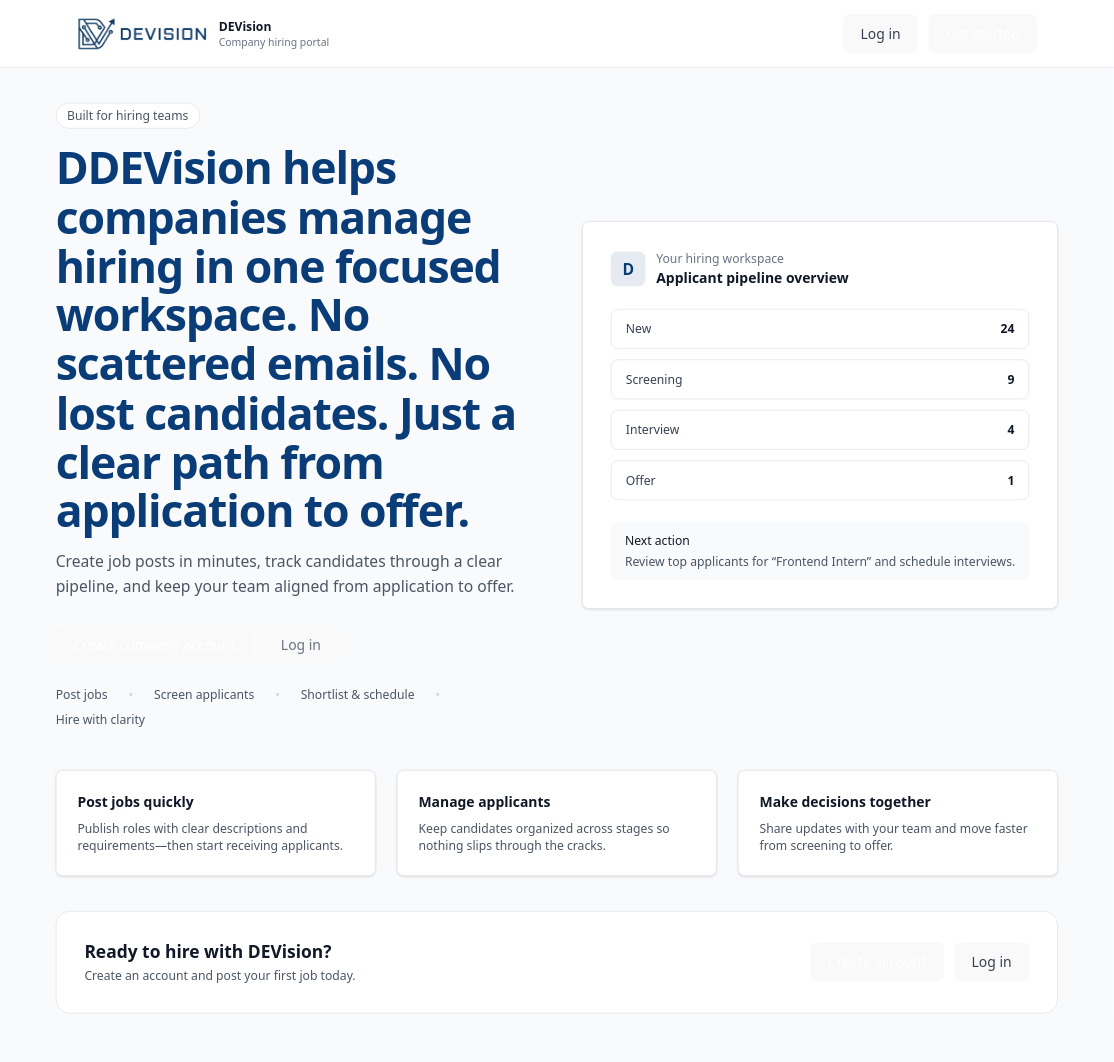
Repository: ISYS3461-2025C-Mulan-DEVision/JobManager_FE
Page: /
The author's editor kept a copy of each file at every save. The page is drawn from the files as they stood at one save, then again after the next save.
The browser window is 1280 px wide. The pictures show the whole page, at 87% of full size.
The project was rebuilt for these pictures with package versions that can differ from the ones it lists, and the page was loaded fresh each time. Also part of the build but not shown: vite.config.js, src/components/ui/Input/Input.tsx, src/components/ui/Spinner/Spinner.tsx, src/components/ui/Alert/Alert.tsx, src/components/ui/GoogleLogo/GoogleLogo.tsx, src/components/headless/Form/Form.tsx, src/components/headless/Form/index.ts, src/components/headless/Table/useTable.ts and 18 more.

Above is the page before, as saved 2025-12-12 15:35:27.

### index.html
<!doctype html>
<html lang="en">
  <head>
    <meta charset="UTF-8" />
    <link rel="icon" type="image/svg+xml" href="/logo/logo-icon.png" />
    <meta name="viewport" content="width=device-width, initial-scale=1.0" />
    <title>jobmanager-fe</title>
  </head>
  <body>
    <div id="root"></div>
    <script type="module" src="/src/main.jsx"></script>
  </body>
</html>

### src/main.tsx
import React, { StrictMode } from "react";
import { createRoot } from "react-dom/client";
import "./index.css";
import { BrowserRouter } from "react-router-dom";
import App from "./App.js";
import { Provider } from "react-redux";
import store from "./store/index.js";

const container = document.getElementById("root")!;
if (!container) {
    throw new Error("Root container not found");
} else {
    createRoot(container).render(
        <StrictMode>
            <Provider store={store}>
                <BrowserRouter>
                    <App />
                </BrowserRouter>
            </Provider>
        </StrictMode>,
    );
}

### src/index.css
@import "tailwindcss";

@theme {
  --color-heading: #0A3D78;
  --color-dark-blue: #1E293B;
  --color-background: #F8FAFC;
  --color-filled-button: #0A3D78;
}

:root {
    font-family: system-ui, Avenir, Helvetica, Arial, sans-serif;
    line-height: 1.5;
    font-weight: 400;

    color-scheme: light dark;
    color: rgba(255, 255, 255, 0.87);
    background-color: #242424;

    font-synthesis: none;
    text-rendering: optimizeLegibility;
    -webkit-font-smoothing: antialiased;
    -moz-osx-font-smoothing: grayscale;
}

a {
    font-weight: 500;
    color: #0A66C2;
    text-decoration: inherit;
}
a:hover {
    color: #0A66C2cc;
}

body {
    margin: 0;
    min-width: 320px;
    min-height: 100vh;
}

h1 {
    font-size: 3.2em;
    line-height: 1.1;
    font-weight: 700;
}

button {
    border-radius: 8px;
    border: 1px solid transparent;
    padding: 0.6em 1.2em;
    font-size: 1em;
    font-weight: 500;
    font-family: inherit;
    cursor: pointer;
    transition: border-color 0.25s;
}


/* button {
    border-radius: 8px;
    border: 1px solid transparent;
    padding: 0.6em 1.2em;
    font-size: 1em;
    font-weight: 500;
    font-family: inherit;
    background-color: #1a1a1a;
    cursor: pointer;
    transition: border-color 0.25s;
}
button:hover {
    border-color: #646cff;
}
button:focus,
button:focus-visible {
    outline: 4px auto -webkit-focus-ring-color;
} */

@media (prefers-color-scheme: light) {
    :root {
        color: #213547;
        background-color: #ffffff;
    }
    a:hover {
        color: #747bff;
    }
    button {
        background-color: #f9f9f9;
    }
}

### src/App.tsx
import { Routes, Route, Link, useLocation } from "react-router-dom";
import Home from "./pages/Home";
import LoginPage from "./pages/LoginPage";
import RegistrationPage from "./pages/RegistrationPage";
import { Button } from "./components/ui";

function App() {
    const location = useLocation();
    const isAuthPage = location.pathname === "/login" || location.pathname === "/register";

    return (
        <div className="min-h-screen bg-background">
            {!isAuthPage && (
                <header className="border-b border-gray-200 bg-white">
                    <div className="mx-auto flex max-w-6xl items-center justify-between px-6 py-4">
                        <Link to="/" className="flex items-center gap-3">
                            <img src="/logo/logo.png" alt="DEVision" className="h-9 w-auto" />
                            <div className="leading-tight">
                                <div className="text-sm font-semibold text-gray-900">DEVision</div>
                                <div className="text-xs text-gray-500">Company hiring portal</div>
                            </div>
                        </Link>

                        <nav className="flex items-center gap-3">
                            <Link to="/login" className="inline-flex">
                                <Button variant="ghost">Log in</Button>
                            </Link>
                            <Link to="/register" className="inline-flex">
                                <Button>Get started</Button>
                            </Link>
                        </nav>
                    </div>
                </header>
            )}

            <main className={!isAuthPage ? "" : ""}>
                <Routes>
                    <Route path="/" element={<Home />} />
                    <Route path="/login" element={<LoginPage />} />
                    <Route path="/register" element={<RegistrationPage />} />
                </Routes>
            </main>
        </div>
    );
}

export default App;

### src/store/index.ts
import configureStore from "./configureStore";
const store = configureStore();
export default store;

### src/pages/Home.tsx
import { Link } from "react-router-dom";
import { Button, Card } from "../components/ui";

export default function Home() {
    return (
        <div className="bg-background">
            <section className="px-6 pt-10 pb-12">
                <div className="mx-auto max-w-6xl">
                    <div className="grid gap-10 lg:grid-cols-2 lg:items-center">
                        <div>
                            <p className="inline-flex items-center rounded-full border border-gray-200 bg-white px-3 py-1 text-sm text-gray-600">
                                Built for hiring teams
                            </p>
                            <h1 className="mt-4 text-4xl font-bold tracking-tight text-heading sm:text-5xl">
                                DDEVision helps companies manage hiring in one focused workspace.
                                No scattered emails. No lost candidates. Just a clear path from application to offer.
                            </h1>
                            <p className="mt-4 text-lg text-gray-600">
                                Create job posts in minutes, track candidates through a clear pipeline, and keep your team aligned
                                from application to offer.
                            </p>

                            <div className="mt-8 flex flex-col gap-3 sm:flex-row sm:items-center">
                                <Link to="/register" className="inline-flex">
                                    <Button size="lg">Create company account</Button>
                                </Link>
                                <Link to="/login" className="inline-flex">
                                    <Button variant="secondary" size="lg">
                                        Log in
                                    </Button>
                                </Link>
                            </div>

                            <div className="mt-6 flex flex-wrap gap-x-6 gap-y-2 text-sm text-gray-600">
                                <span>Post jobs</span>
                                <span className="text-gray-300">•</span>
                                <span>Screen applicants</span>
                                <span className="text-gray-300">•</span>
                                <span>Shortlist & schedule</span>
                                <span className="text-gray-300">•</span>
                                <span>Hire with clarity</span>
                            </div>
                        </div>

                        <div className="lg:justify-self-end">
                            <Card className="p-6 sm:p-8">
                                <div className="flex items-center gap-3">
                                    <div className="flex h-10 w-10 items-center justify-center rounded-lg bg-filled-button/10 text-heading">
                                        <span className="text-lg font-semibold">D</span>
                                    </div>
                                    <div>
                                        <div className="text-sm text-gray-500">Your hiring workspace</div>
                                        <div className="text-base font-semibold text-gray-900">Applicant pipeline overview</div>
                                    </div>
                                </div>

                                <div className="mt-6 grid gap-3">
                                    {[
                                        { label: "New", value: "24" },
                                        { label: "Screening", value: "9" },
                                        { label: "Interview", value: "4" },
                                        { label: "Offer", value: "1" },
                                    ].map((item) => (
                                        <div
                                            key={item.label}
                                            className="flex items-center justify-between rounded-lg border border-gray-200 bg-white px-4 py-3"
                                        >
                                            <div className="text-sm font-medium text-gray-700">{item.label}</div>
                                            <div className="text-sm font-semibold text-gray-900">{item.value}</div>
                                        </div>
                                    ))}
                                </div>

                                <div className="mt-6 rounded-lg bg-background px-4 py-3">
                                    <div className="text-sm font-medium text-gray-900">Next action</div>
                                    <div className="mt-1 text-sm text-gray-600">
                                        Review top applicants for “Frontend Intern” and schedule interviews.
                                    </div>
                                </div>
                            </Card>
                        </div>
                    </div>
                </div>
            </section>

            <section className="px-6 pb-14">
                <div className="mx-auto max-w-6xl">
                    <div className="grid gap-6 md:grid-cols-3">
                        <Card className="p-6">
                            <div className="text-base font-semibold text-gray-900">Post jobs quickly</div>
                            <p className="mt-2 text-sm text-gray-600">
                                Publish roles with clear descriptions and requirements—then start receiving applicants.
                            </p>
                        </Card>
                        <Card className="p-6">
                            <div className="text-base font-semibold text-gray-900">Manage applicants</div>
                            <p className="mt-2 text-sm text-gray-600">
                                Keep candidates organized across stages so nothing slips through the cracks.
                            </p>
                        </Card>
                        <Card className="p-6">
                            <div className="text-base font-semibold text-gray-900">Make decisions together</div>
                            <p className="mt-2 text-sm text-gray-600">
                                Share updates with your team and move faster from screening to offer.
                            </p>
                        </Card>
                    </div>

                    <div className="mt-10 rounded-2xl border border-gray-200 bg-white p-6 sm:p-8">
                        <div className="flex flex-col gap-4 sm:flex-row sm:items-center sm:justify-between">
                            <div>
                                <div className="text-xl font-semibold text-gray-900">Ready to hire with DEVision?</div>
                                <div className="mt-1 text-sm text-gray-600">Create an account and post your first job today.</div>
                            </div>
                            <div className="flex flex-col gap-3 sm:flex-row">
                                <Link to="/register" className="inline-flex">
                                    <Button>Create account</Button>
                                </Link>
                                <Link to="/login" className="inline-flex">
                                    <Button variant="ghost">Log in</Button>
                                </Link>
                            </div>
                        </div>
                    </div>
                </div>
            </section>
        </div>
    );
}

### src/components/ui/index.ts
// UI Components - Presentational components with styling
export * from "./Button";
export * from "./Input";
export * from "./Card";
export * from "./Spinner";
export * from "./Alert";
export * from "./GoogleLogo";

### src/store/configureStore.ts
import { createStore, applyMiddleware, Store } from "redux";
import { createLogger } from "redux-logger";
import createSagaMiddleware from "redux-saga";
import { enableBatching } from "redux-batched-actions";
import createReducer from "./reducers";
import rootSaga from "./saga";

const configureStore = (initialState = {}): Store => {
    const rootReducer = createReducer();
    const sagaMiddleware = createSagaMiddleware();

    const middlewares = [sagaMiddleware];

    const isDev = import.meta.env.VITE_NODE_ENV === "development";

    if (isDev) {
        const loggerMiddleware = createLogger({
            collapsed: () => true,
        });
        (middlewares as any[]).push(loggerMiddleware);
    }

    const store = createStore(
        enableBatching(rootReducer),
        initialState,
        applyMiddleware(...middlewares),
    );

    sagaMiddleware.run(rootSaga);

    return store;
};

export default configureStore;

### src/components/ui/Button/index.ts
export { Button } from "./Button";
export type { ButtonProps } from "./Button";

### src/components/ui/Input/index.ts
export { Input } from "./Input";
export type { InputProps } from "./Input";

### src/components/ui/Card/index.ts
export { Card, CardHeader, CardBody, CardFooter } from "./Card";
export type { CardProps } from "./Card";

### src/components/ui/Spinner/index.ts
export { Spinner } from "./Spinner";
export type { SpinnerProps } from "./Spinner";

### src/components/ui/Alert/index.ts
export { Alert } from "./Alert";
export type { AlertProps } from "./Alert";

### src/components/ui/GoogleLogo/index.ts
export { GoogleLogo } from "./GoogleLogo";
export type { GoogleLogoProps } from "./GoogleLogo";

### src/store/reducers.ts
import { combineReducers } from "redux";
import { reducers } from "../redux";
import _ from "lodash";

const appReducer = combineReducers(reducers);
export default function createReducer() {
    const rootReducer = (state, action) => {
        if (action.type === "FORCE_UPDATE_GLOBAL_STATE") {
            return appReducer(_.cloneDeep(action.payload), action as never);
        }
        return appReducer(state, action as never);
    };

    return rootReducer;
}

### src/store/saga.ts
import { all, fork } from "redux-saga/effects";
import { sagas } from "../redux";

export default function* rootSaga() {
    yield all([...Object.values(sagas)].map(fork));
}

### src/components/ui/Button/Button.tsx
import React from "react";
import clsx from "clsx";

export interface ButtonProps extends React.ButtonHTMLAttributes<HTMLButtonElement> {
    variant?: "primary" | "secondary" | "outline" | "ghost" | "danger";
    size?: "sm" | "md" | "lg";
    isLoading?: boolean;
    fullWidth?: boolean;
    children: React.ReactNode;
}

export const Button: React.FC<ButtonProps> = ({
    variant = "primary",
    size = "md",
    isLoading = false,
    fullWidth = false,
    className,
    disabled,
    children,
    ...props
}) => {
    const baseStyles =
        "font-medium rounded-lg transition-[border-color] duration-250 focus:outline-none focus:ring-2 focus:ring-offset-2 disabled:opacity-50 disabled:cursor-not-allowed border border-transparent cursor-pointer";

    const variants = {
        primary: "bg-filled-button text-white hover:bg-filled-button/90 focus:ring-filled-button",
        secondary:
            "bg-zinc-200 text-gray-500 hover:bg-zinc-600 hover:text-white focus:ring-zinc-500",
        outline:
            "border border-heading-text text-heading hover:bg-heading-text/10 focus:ring-heading-text",
        ghost: "text-gray-700 hover:bg-gray-100 focus:ring-gray-500",
        danger: "bg-red-600 text-white hover:bg-red-700 focus:ring-red-500",
    };

    const sizes = {
        sm: "px-3 py-1.5 text-sm",
        md: "px-5 py-2.5 text-base",
        lg: "px-6 py-3 text-lg",
    };

    return (
        <button
            className={clsx(
                baseStyles,
                variants[variant],
                sizes[size],
                fullWidth && "w-full",
                className,
            )}
            disabled={disabled || isLoading}
            {...props}
        >
            {isLoading ? (
                <span className="flex items-center justify-center">
                    <svg
                        className="animate-spin -ml-1 mr-2 h-4 w-4"
                        fill="none"
                        viewBox="0 0 24 24"
                    >
                        <circle
                            className="opacity-25"
                            cx="12"
                            cy="12"
                            r="10"
                            stroke="currentColor"
                            strokeWidth="4"
                        />
                        <path
                            className="opacity-75"
                            fill="currentColor"
                            d="M4 12a8 8 0 018-8V0C5.373 0 0 5.373 0 12h4zm2 5.291A7.962 7.962 0 014 12H0c0 3.042 1.135 5.824 3 7.938l3-2.647z"
                        />
                    </svg>
                    Loading...
                </span>
            ) : (
                children
            )}
        </button>
    );
};

### src/components/ui/Card/Card.tsx
import React from "react";
import clsx from "clsx";

export interface CardProps {
  children: React.ReactNode;
  className?: string;
  padding?: "none" | "sm" | "md" | "lg";
  hover?: boolean;
}

export const Card: React.FC<CardProps> = ({
  children,
  className,
  padding = "md",
  hover = false,
}) => {
  const paddingStyles = {
    none: "",
    sm: "p-3",
    md: "p-4",
    lg: "p-6",
  };

  return (
    <div
      className={clsx(
        "bg-white rounded-lg border border-gray-200 shadow-sm",
        paddingStyles[padding],
        hover && "hover:shadow-md transition-shadow cursor-pointer",
        className
      )}
    >
      {children}
    </div>
  );
};

export const CardHeader: React.FC<{
  children: React.ReactNode;
  className?: string;
}> = ({ children, className }) => (
  <div className={clsx("border-b border-gray-200 pb-3 mb-3", className)}>
    {children}
  </div>
);

export const CardBody: React.FC<{
  children: React.ReactNode;
  className?: string;
}> = ({ children, className }) => <div className={className}>{children}</div>;

export const CardFooter: React.FC<{
  children: React.ReactNode;
  className?: string;
}> = ({ children, className }) => (
  <div className={clsx("border-t border-gray-200 pt-3 mt-3", className)}>
    {children}
  </div>
);

### src/redux/index.ts
const loadModules = (modules: Record<string, any>, hasDefault = false) =>
    Object.entries(modules).map(([path, mod]) => {
        const parts = path.split("/");
        return {
            name: parts.at(-1)!.replace(".js", "").toUpperCase(),
            key: parts.at(-2)!,
            data: hasDefault ? mod.default : mod,
        };
    });

const rawActions = loadModules(
    import.meta.glob("./**/actions.ts", { eager: true }),
    true,
);

const rawTypes = loadModules(
    import.meta.glob("./**/types.ts", { eager: true }),
    false,
);

const rawReducers = loadModules(
    import.meta.glob("./**/reducer.ts", { eager: true }),
    true,
);

const rawSagas = loadModules(
    import.meta.glob("./**/saga.ts", { eager: true }),
    false,
);

// Final exports
export const actions = rawActions.reduce((p, e) => ({ ...p, ...e.data }), {});
export const types = rawTypes.reduce((p, e) => ({ ...p, ...e.data }), {});
export const reducers = rawReducers.reduce(
    (p, e) => ({ ...p, [e.key]: e.data }),
    {},
);
export const sagas = rawSagas.reduce((p, e) => ({ ...p, ...e.data }), {});

### src/redux/app/actions.ts
import * as types from "./type";

const setLoading = (payload: boolean) => ({ type: types.SET_LOADING, payload });
const setError = (payload: string | null) => ({
    type: types.SET_ERROR,
    payload,
});
const setInitialized = (payload: boolean) => ({
    type: types.SET_INITIALIZED,
    payload,
});
const reset = () => ({ type: types.RESET });

const toggleLoadingAsync = (payload: boolean) => ({
    type: types.TOGGLE_LOADING_ASYNC,
    payload,
});

export default {
    setLoading,
    setError,
    setInitialized,
    reset,
    toggleLoadingAsync,
};

### src/redux/app/reducer.ts
import * as types from "./type";
export interface AppState {
    loading: boolean;
    error: string | null;
    initialized?: boolean;
    test: string;
}

const INITIAL_STATE: AppState = {
    loading: true,
    error: null,
    initialized: false,
    test: "test",
};

type Action = { type: string; payload?: any };

export default function appReducer(
    state: AppState = INITIAL_STATE,
    action: Action,
): AppState {
    switch (action.type) {
        case types.SET_LOADING:
            return { ...state, loading: !!action.payload };
        case types.SET_ERROR:
            return { ...state, error: action.payload ?? null, loading: false };
        case types.SET_INITIALIZED:
            return { ...state, initialized: !!action.payload };
        case types.RESET:
            return { ...INITIAL_STATE };
        default:
            return state;
    }
}

### src/redux/app/saga.ts
import { takeEvery, put, delay } from "redux-saga/effects";
import * as types from "./type";
import actions from "./actions";

function* handleToggleLoading(action: any) {
    yield delay(300);
    yield put(actions.setLoading(action.payload));
}

export function* watchToggleLoading() {
    yield takeEvery(types.TOGGLE_LOADING_ASYNC, handleToggleLoading);
}

### src/redux/app/type.ts
const prefix = "APP/";

export const SET_LOADING = `${prefix}SET_LOADING`;
export const SET_ERROR = `${prefix}SET_ERROR`;
export const SET_INITIALIZED = `${prefix}SET_INITIALIZED`;
export const RESET = `${prefix}RESET`;

// test async action
export const TOGGLE_LOADING_ASYNC = `${prefix}TOGGLE_LOADING_ASYNC`;

After the next save:
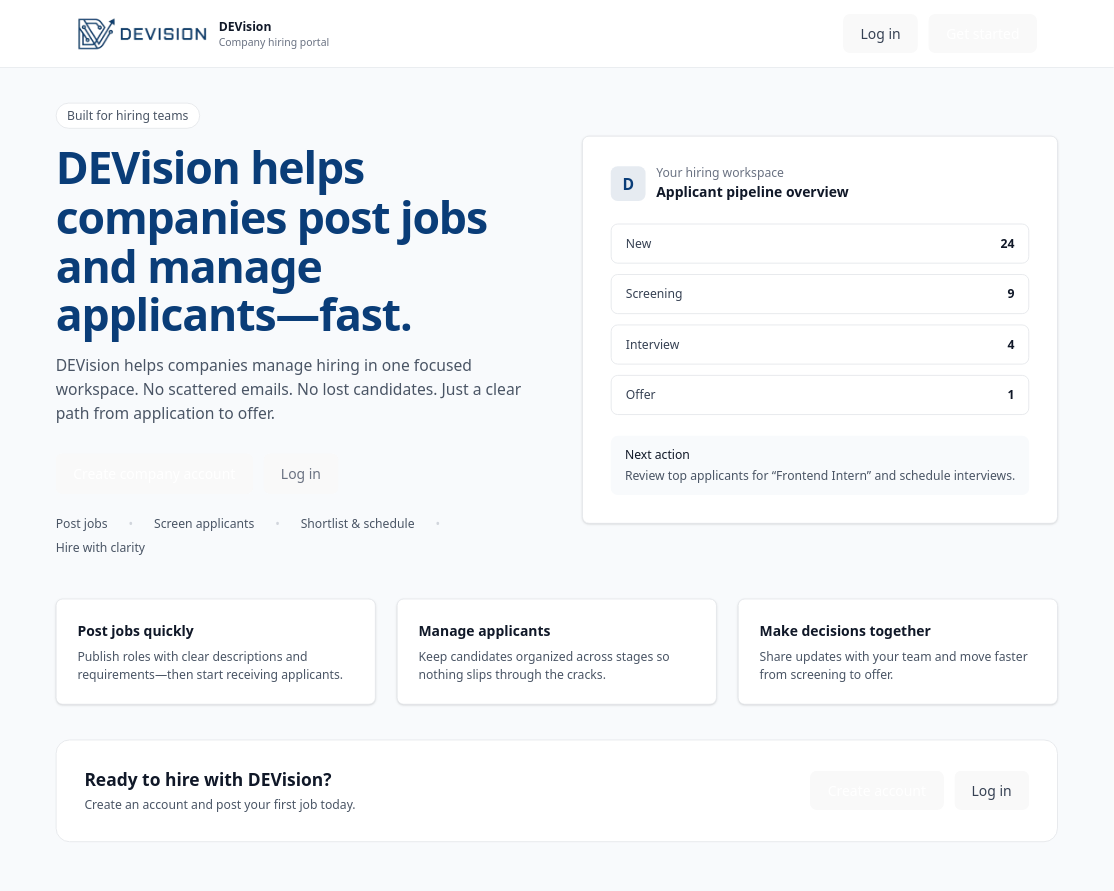
Saved 10 s later.
--- a/src/pages/Home.tsx
+++ b/src/pages/Home.tsx
@@ -12,12 +12,11 @@ export default function Home() {
                                 Built for hiring teams
                             </p>
                             <h1 className="mt-4 text-4xl font-bold tracking-tight text-heading sm:text-5xl">
-                                DDEVision helps companies manage hiring in one focused workspace.
-                                No scattered emails. No lost candidates. Just a clear path from application to offer.
+                                DEVision helps companies post jobs and manage applicants—fast.
                             </h1>
                             <p className="mt-4 text-lg text-gray-600">
-                                Create job posts in minutes, track candidates through a clear pipeline, and keep your team aligned
-                                from application to offer.
+                                DEVision helps companies manage hiring in one focused workspace.
+                                No scattered emails. No lost candidates. Just a clear path from application to offer.
                             </p>
 
                             <div className="mt-8 flex flex-col gap-3 sm:flex-row sm:items-center">
